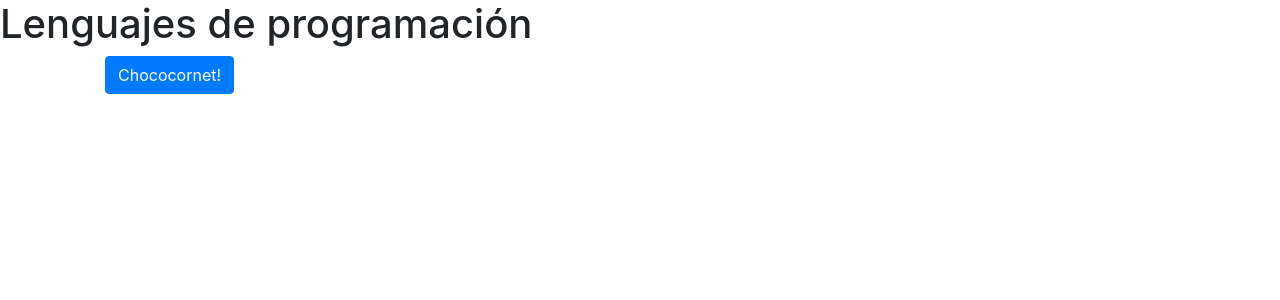
Repository: gitmadacode/practica_javascript
Page: Inicio/index.html
An editor plug-in stored every save of this project. The page is shown before and after the next save, followed by the edit.
The browser window is 1280 px wide. The pictures show the whole page.

Above is the page before, as saved 2019-09-08 20:33:51.

After the next save:
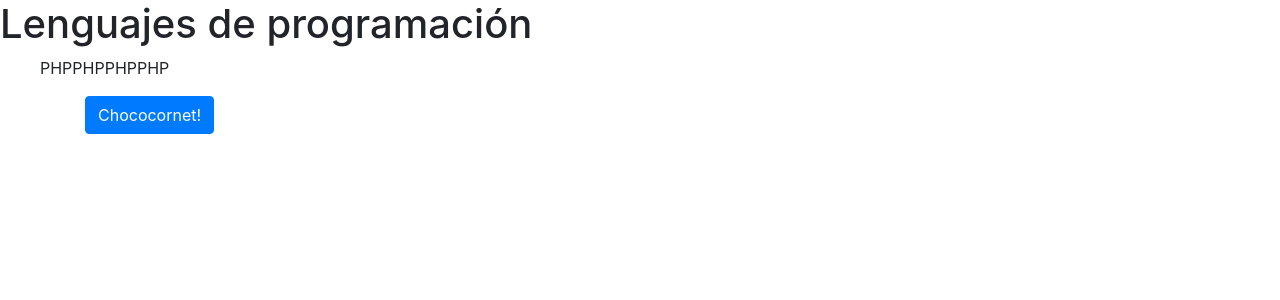
Saved 26 s later.
--- a/Inicio/js/arrays.js
+++ b/Inicio/js/arrays.js
@@ -18,5 +18,6 @@ if (elemento >=nombres.length) {
 document.write("<h1>Lenguajes de programación</h1>");
 document.write("<ul>");
 for (var i = 0 ; i<lenguajes.length ; i++ ) {
-
+    document.write(lenguajes[0]);
 }
+document.write("</ul>")
